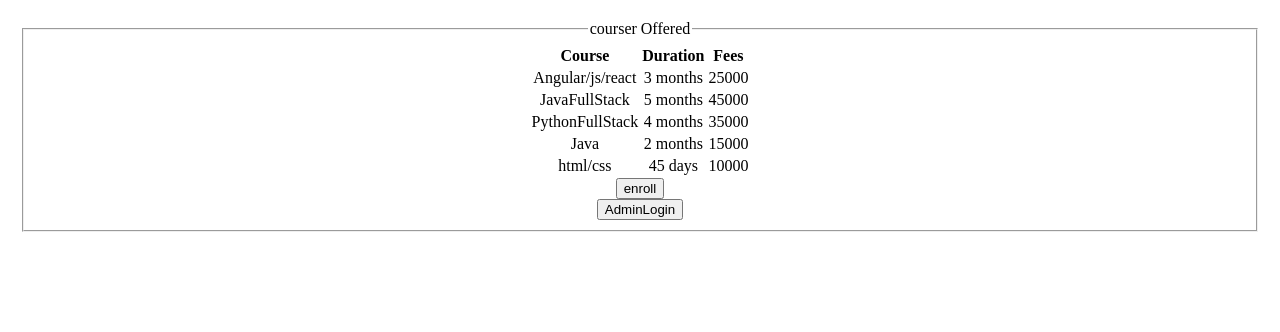
Repository: JanapatlaManojReddy/java
Page: http://localhost/institutionProject/
An editor plug-in stored every save of this project. The page is shown before and after the next save, followed by the edit.
The browser window is 1280 px wide. The pictures show the whole page.
The page is served by Tomcat 9. Other server files are loaded and not shown.

Above is the page before, as saved 2023-08-19 11:18:36.

### institutionProject/src/main/webapp/welcome.jsp
<%@ page language="java" contentType="text/html; charset=ISO-8859-1"
    pageEncoding="ISO-8859-1"%>
<!DOCTYPE html>
<html>
<head>
<meta charset="ISO-8859-1">
<title>welcome to coding hub </title>
<style>
body{
margin:20px;
}
</style>

</head>
<body>
<form>
<fieldSet align="center">
<legend>courser Offered</legend>
<table align="center">
<tr>
<th>Course </th>
<th>Duration</th>
<th>Fees</th>
</tr>
<tr>
<td>Angular/js/react</td>
<td>3 months</td>
<td>25000</td>

</tr>
<tr>
<td>JavaFullStack</td>
<td>5 months</td>
<td>45000</td>

</tr>
<tr>
<td>PythonFullStack</td>
<td>4 months</td>
<td>35000</td>

</tr>
<tr>
<td>Java</td>
<td>2 months</td>
<td>15000</td>

</tr>
<tr>
<td>html/css</td>
<td>45 days</td>
<td>10000</td>

</tr>
</table>
</feildSet>
<div><span><button a href="StudentRegistration.jsp"></a>enroll</button></span>
</div>
<div><span><button a href="ManagementLogin.jsp"></a>AdminLogin</button></span>
</div>
</form>

</body>
</html>

After the next save:
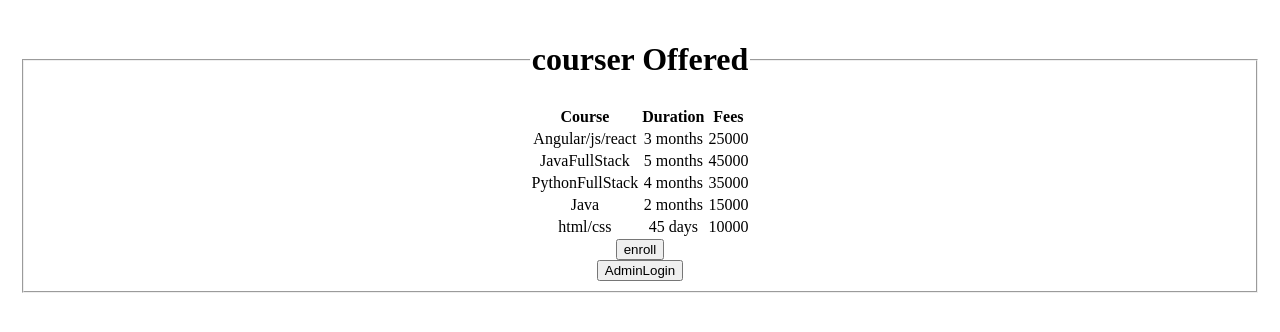
Saved 92 s later.
--- a/institutionProject/src/main/webapp/welcome.jsp
+++ b/institutionProject/src/main/webapp/welcome.jsp
@@ -15,7 +15,7 @@ margin:20px;
 <body>
 <form>
 <fieldSet align="center">
-<legend>courser Offered</legend>
+<legend><h1>courser Offered</h1></legend>
 <table align="center">
 <tr>
 <th>Course </th>
